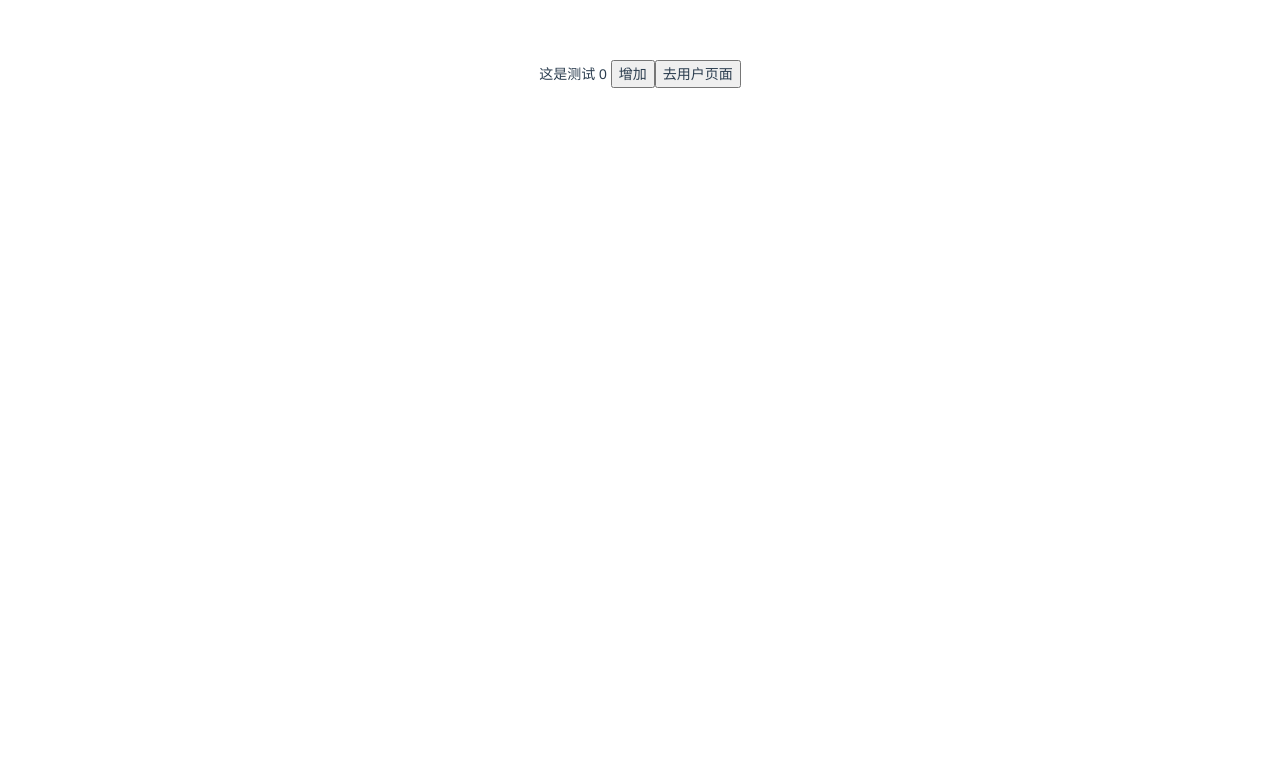
Repository: long3268671/vue3-vite-ts-antD
Page: /
The author's editor kept a copy of each file at every save. The page is drawn from the files as they stood at one save, then again after the next save.
The browser window is 1280 px wide. The pictures show the whole page.
The project was rebuilt for these pictures with package versions that can differ from the ones it lists, and the page was loaded fresh each time. Also part of the build but not shown: vite.config.ts.

Above is the page before, as saved 2021-12-16 15:24:42.

### src/main.ts
import { createApp } from 'vue'
import App from './App.vue'
import router from './router/index'
import store, { key } from './store/index';
import Antd from 'ant-design-vue';
import 'ant-design-vue/dist/antd.css';
// base api
console.log(import.meta.env.VITE_APP_BASE_API);

// title
console.log(import.meta.env.VITE_APP_TITLE);

createApp(App).use(router).use(store, key).mount('#app')

### src/App.vue
<template>
  <router-view></router-view>
</template>

<style>
#app {
  font-family: Avenir, Helvetica, Arial, sans-serif;
  -webkit-font-smoothing: antialiased;
  -moz-osx-font-smoothing: grayscale;
  text-align: center;
  color: #2c3e50;
  margin-top: 60px;
}
</style>

### src/router/index.ts
import { createRouter, createWebHistory } from 'vue-router'
import routers from './config'
const router = createRouter({
    history: createWebHistory(),
    routes: routers
})
// 路由拦截器
router.beforeEach((to, from, next) => {
    // TODO: 自定义拦截内容

    next();
  });

export default router

### src/store/index.ts
import { createStore, useStore as baseUseStore, Store } from 'vuex';
import { InjectionKey } from 'vue';

export interface State {
  // TODO: 根据 state 实际内容修改
  count: number;
}

export const key: InjectionKey<Store<State>> = Symbol('store_key'); // key 内容随便填

export default createStore<State>({
  state: {
    // TODO: 根据实际内容修改
    count: 0
  },
  mutations: {
    increment(state) {
      state.count++;
    }
  },
  actions: {
    increment: ({ commit }) => {
      commit('increment');
    }
  },
  modules: {}
});
export function useStore() {
  return baseUseStore(key);
}

### src/router/config.ts
import { RouteRecordRaw } from 'vue-router'
const routers:Array<RouteRecordRaw> = [
    {
        path: '/',
        redirect: '/index'
    },
    {
        path: '/index',
        name: 'index',
        component: () => import('../views/Home/index.vue')
    },
    {
        path: '/user',
        name: 'user',
        component: () => import('../views/user/index.vue')
    },
  ]
  export default routers

### src/views/Home/index.vue
<template>
    <div>
        这是测试
        {{count}}
        <button @click="addCount">增加</button>
        <button @click="goUser">去用户页面</button>
    </div>
</template>

<script lang="ts">
import {defineComponent,computed } from 'vue'
import {useRoute,useRouter} from 'vue-router'
import { useStore } from '@/store/index';
export default defineComponent({
    setup(){
        let useroute = useRoute();
        let userouter = useRouter();
        let store = useStore()
        let count = computed(()=>store.state.count)
        console.log('store',store)
        console.log(useroute,userouter)
        let goUser = ()=>{
            console.log(11111)
            userouter.push('./user')
        }
        let addCount = ()=>{
            store.commit('increment')
        }
        return {
            count,
            goUser,
            addCount
        }
    }
})
</script>

<style>

</style>

Loaded but not shown: index.html (common file)

After the next save:
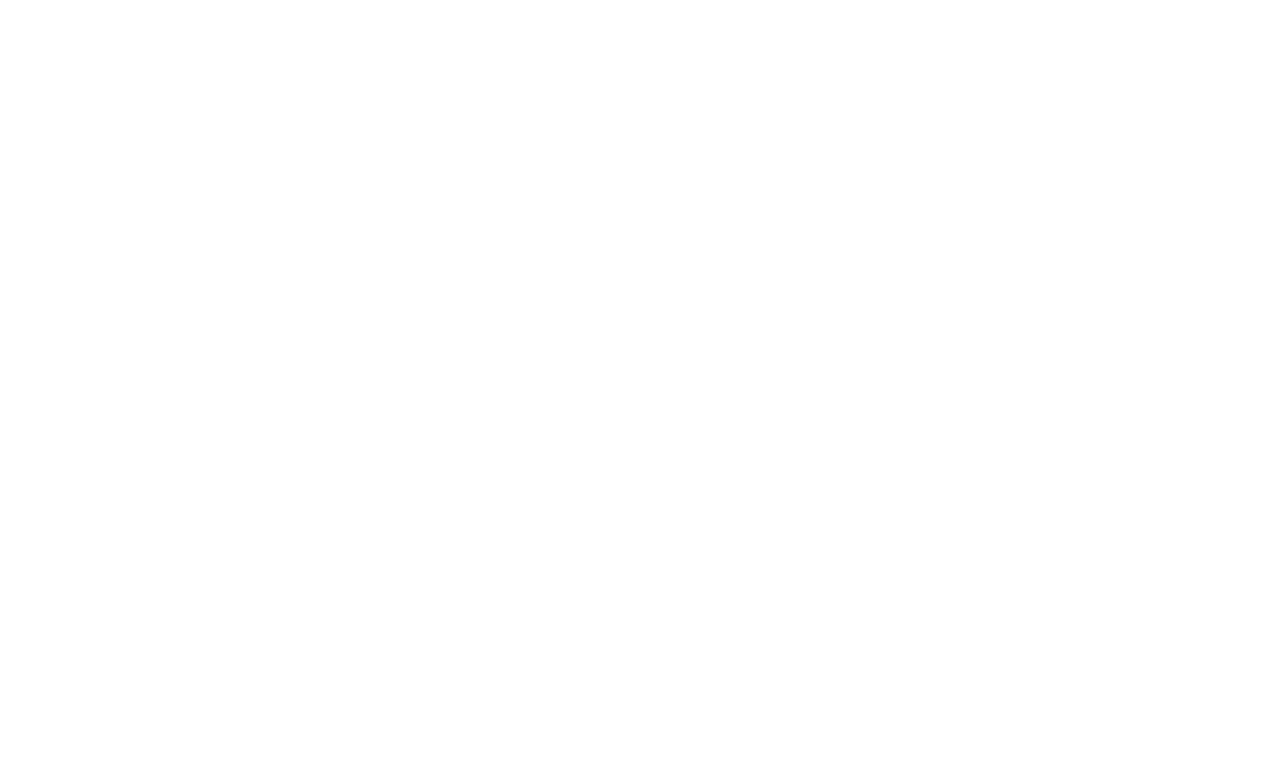
Console error: TypeError: Cannot set properties of undefined (setting 'productionTip')
Saved 35 s later.
--- a/src/main.ts
+++ b/src/main.ts
@@ -4,6 +4,7 @@
 import store, { key } from './store/index';
 import Antd from 'ant-design-vue';
 import 'ant-design-vue/dist/antd.css';
+app.config.productionTip = false;
 // base api
 console.log(import.meta.env.VITE_APP_BASE_API);
 

After the 3 saves that followed:
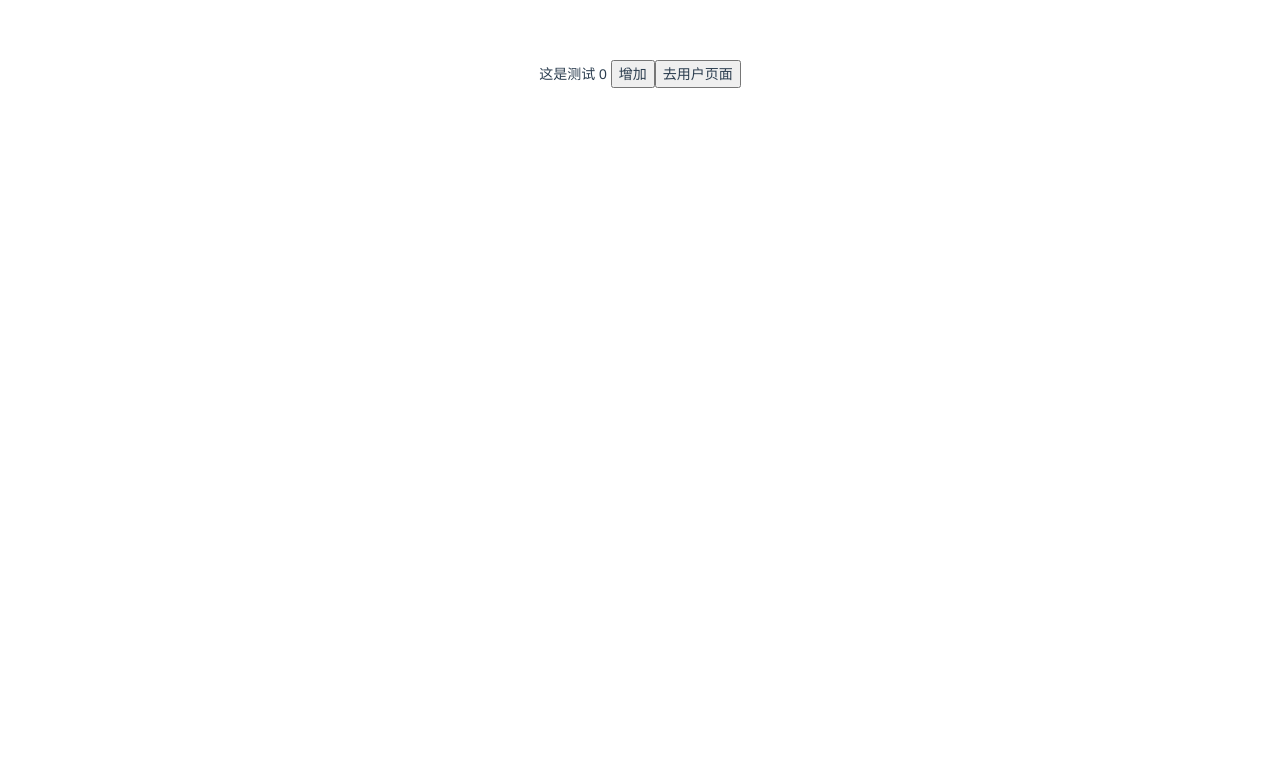
The error is gone.
The 3 saves are shown as one change because they came seconds apart.
The last was saved 18 s later.
--- a/src/main.ts
+++ b/src/main.ts
@@ -4,11 +4,13 @@
 import store, { key } from './store/index';
 import Antd from 'ant-design-vue';
 import 'ant-design-vue/dist/antd.css';
-app.config.productionTip = false;
 // base api
 console.log(import.meta.env.VITE_APP_BASE_API);
 
 // title
 console.log(import.meta.env.VITE_APP_TITLE);
 
+const app = createApp();
+app.config.productionTip = false;
+
 createApp(App).use(router).use(store, key).mount('#app')
